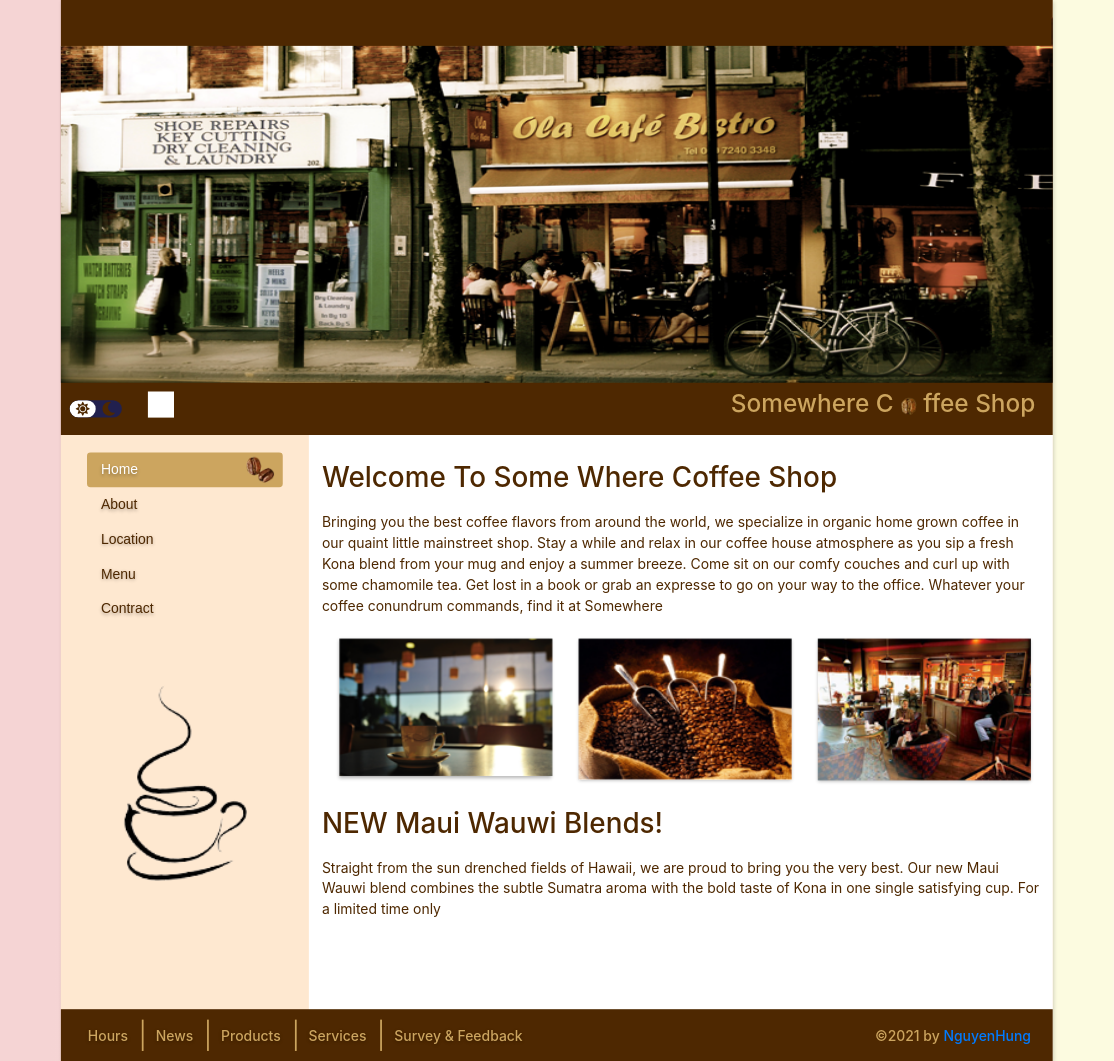
Repository: Hunga9k50doker/SomeWhereCoffeeShop
Page: index.html
The author's editor kept a copy of each file at every save. The page is drawn from the files as they stood at one save, then again after the next save.
The browser window is 1280 px wide. The pictures show the whole page, at 87% of full size.
Some web libraries are served in a nearby version.

Above is the page before, as saved 2021-12-10 11:02:18.

After the next save:
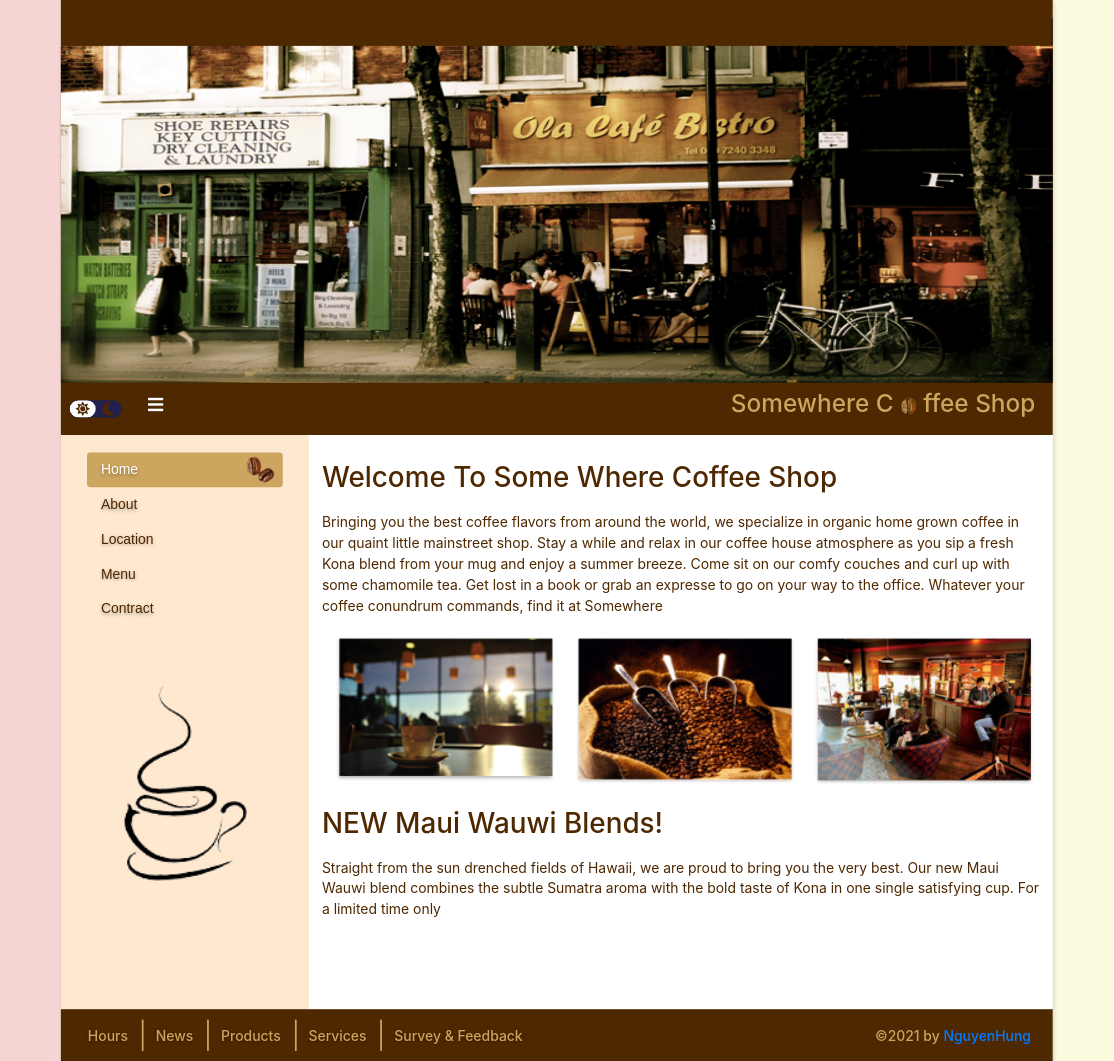
Saved 6 s later.
--- a/css/style.css
+++ b/css/style.css
@@ -131,7 +131,6 @@ input {
    left: 100px;
    width: 30px;
    z-index: 99;
-  background: var(--white-color) !important;
 
 }
 
